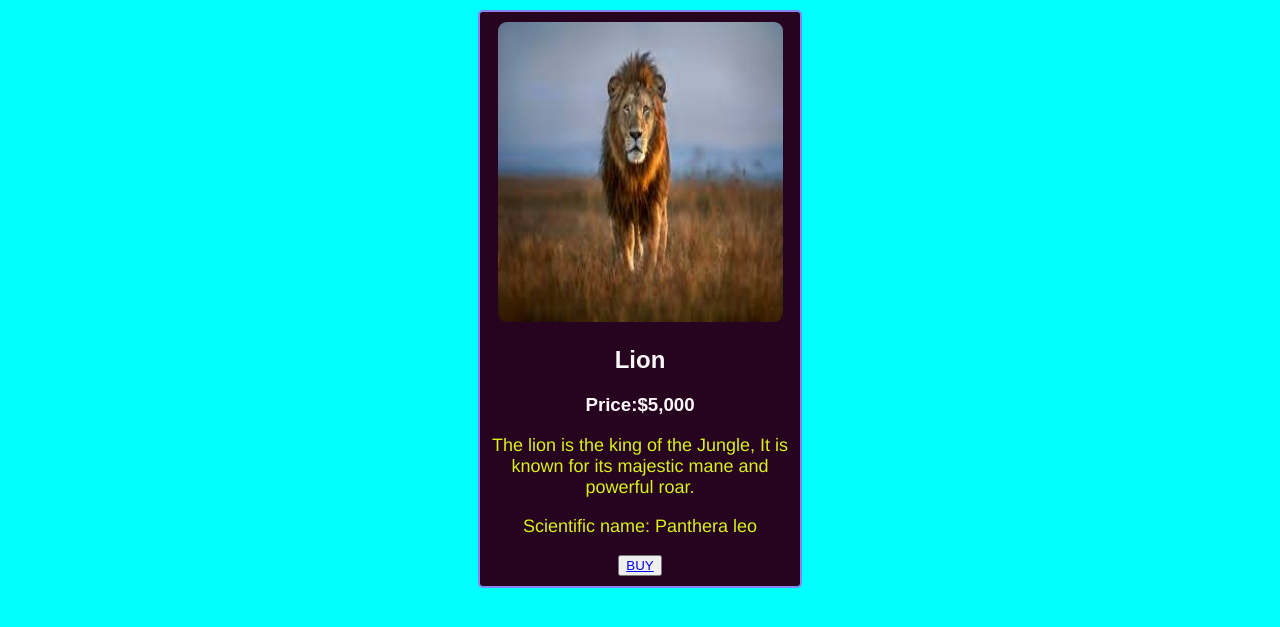
Repository: KingBoyMaylow/Animal-trading-card
Page: index.html
The author's editor kept a copy of each file at every save. The page is drawn from the files as they stood at one save, then again after a run of saves.
The browser window is 1280 px wide. The pictures show the whole page.

Above is the page before, as saved 2024-05-14 13:48:29.

After the next 2 saves:
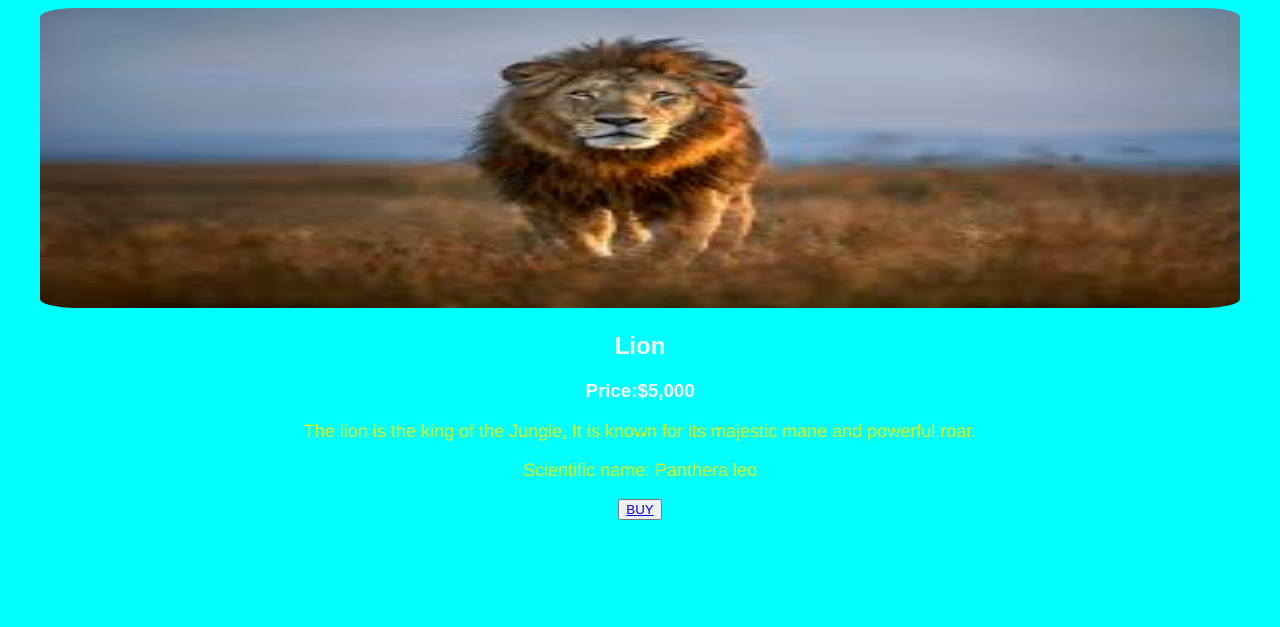
The 2 saves are shown as one change because they came seconds apart.
The last was saved 33 s later.
--- a/index.html
+++ b/index.html
@@ -15,6 +15,7 @@
     h3{
         color: #fcf7f7;
     }
+    .a
     .card {
         width: 300px;
         border: 2px solid #8a83f1;

After the 2 saves that followed:
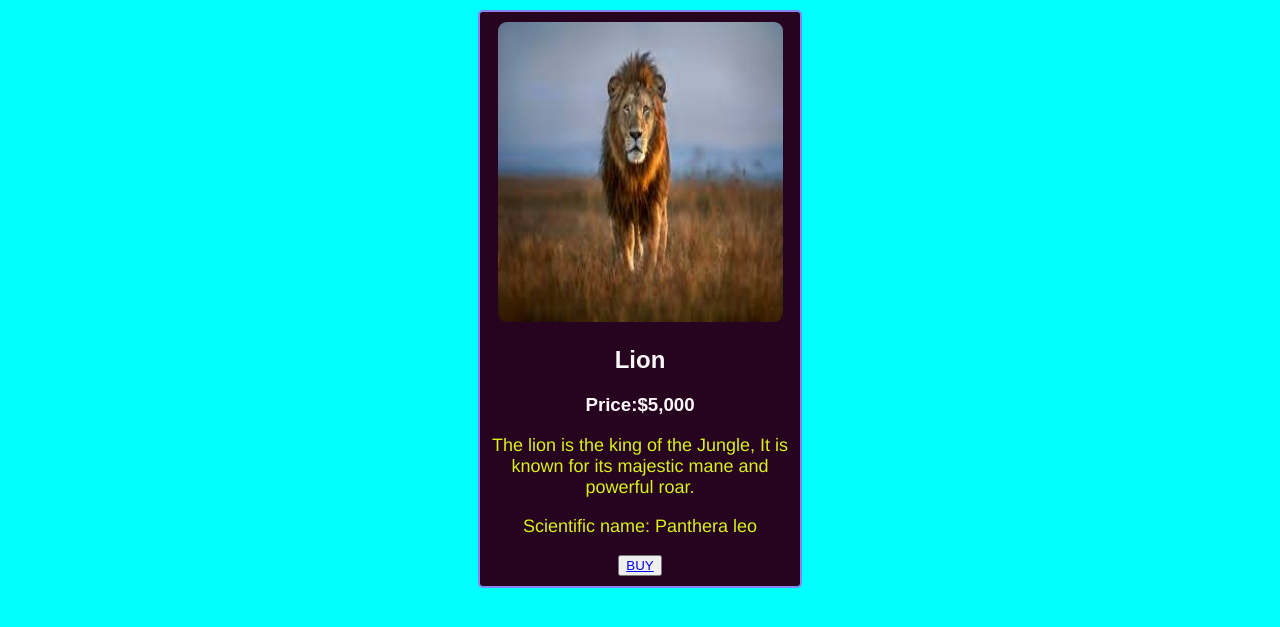
The 2 saves are shown as one change because they came seconds apart.
The last was saved 8 s later.
--- a/index.html
+++ b/index.html
@@ -15,7 +15,9 @@
     h3{
         color: #fcf7f7;
     }
-    .a
+    .a{
+
+    }
     .card {
         width: 300px;
         border: 2px solid #8a83f1;
